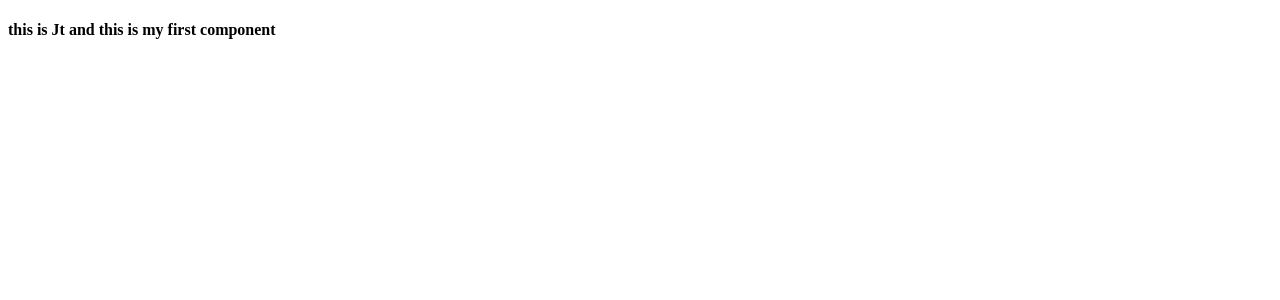
Repository: jt010051/ReactTutorial1
Page: /
An editor plug-in stored every save of this project. The page is shown before and after the next save, followed by the edit.
The browser window is 1280 px wide. The pictures show the whole page.
The project was rebuilt for these pictures with package versions that can differ from the ones it lists, and the page was loaded fresh each time.

Above is the page before, as saved 2022-03-01 15:47:14.

### src/index.js
import React from "react";
import  ReactDom from "react-dom";

function Greeting (){

  return <h4>this is Jt and this





    is my first component</h4>
}

ReactDom.render(<Greeting/>, document.getElementById("root"))

Loaded but not shown: public/index.html (common file)

After the next save:
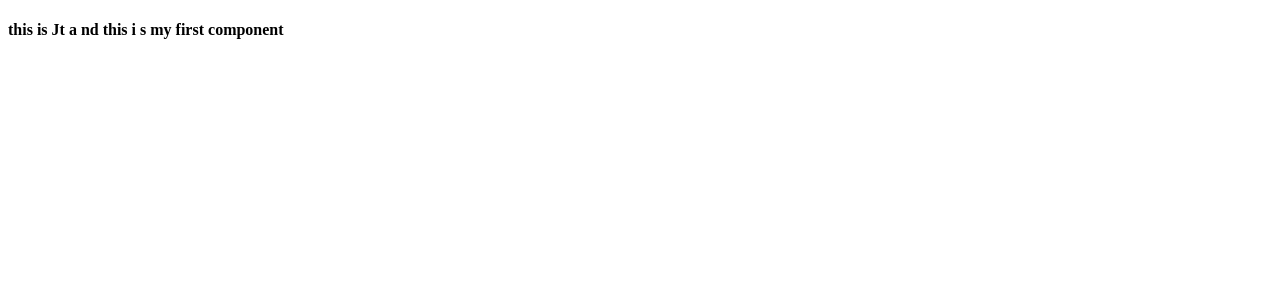
Saved 32 s later.
--- a/src/index.js
+++ b/src/index.js
@@ -1,15 +1,17 @@
 import React from "react";
 import  ReactDom from "react-dom";
 
-function Greeting (){
-
-  return <h4>this is Jt and this
+function Greeting ()
 
 
 
+{
 
+  return <h4>this is Jt a
 
-    is my first component</h4>
+    nd this i
+
+    s my first component</h4>
 }
 
 ReactDom.render(<Greeting/>, document.getElementById("root"))

After the save that followed:
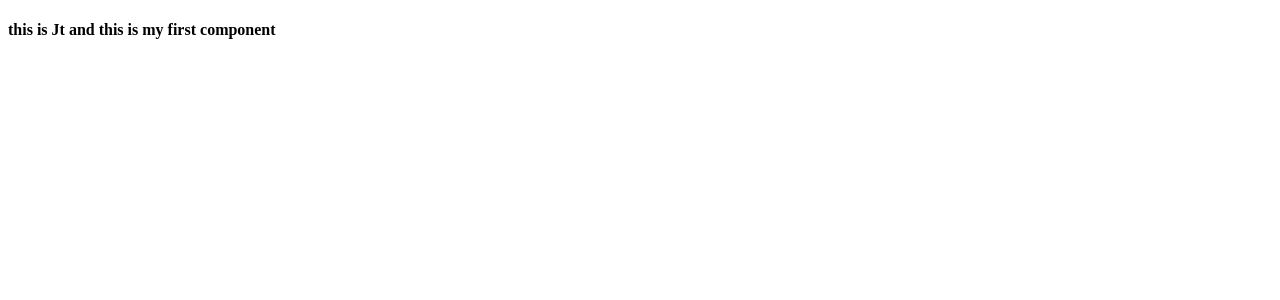
Saved 48 s later.
--- a/src/index.js
+++ b/src/index.js
@@ -1,17 +1,9 @@
 import React from "react";
 import  ReactDom from "react-dom";
 
-function Greeting ()
+function Greeting (){
 
-
-
-{
-
-  return <h4>this is Jt a
-
-    nd this i
-
-    s my first component</h4>
+  return <h4>this is Jt and this is my first component</h4>
 }
 
 ReactDom.render(<Greeting/>, document.getElementById("root"))
